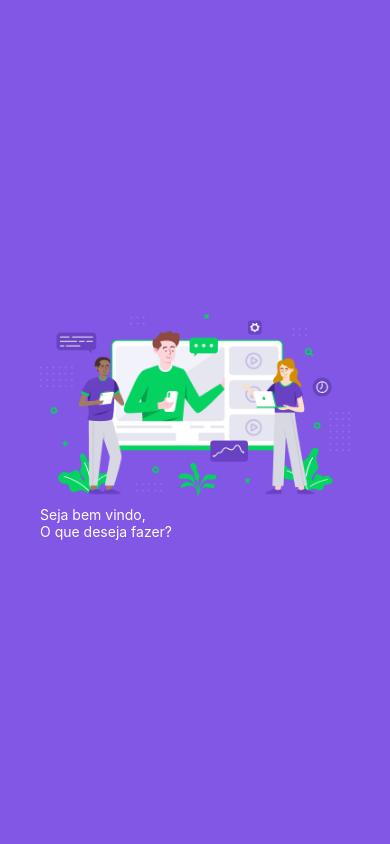
Repository: R4YC0NLima/Proffy_nlw
Screen: / (app in proffy_mobile/)
An editor plug-in stored every save of this project. The screen is shown before and after a run of saves, followed by the edit.
The app was drawn by React Native's web renderer in a window 390 px wide. The project was rebuilt for these pictures with package versions that can differ from the ones it lists, and the page was loaded fresh each time.

Above is the screen before, as saved 2020-08-12 08:41:07.

### proffy_mobile/App.tsx
import React from 'react';
import {StatusBar} from 'react-native';
import Landing from './src/pages/Landing';

export default function App() {
  return (
    <>
      <Landing />
      <StatusBar style="status" />
    </>
  );
}

### proffy_mobile/src/pages/Landing/index.tsx
import React from 'react';
import {View, Image, Text} from 'react-native';

import styles from './styles.ts';

import landingImg from '../../assets/images/landing.png';

function Landing() {
  return (
    <View style={styles.container}>
      <Image source={landingImg} style={styles.banner} />
      <Text style={styles.title}>
        Seja bem vindo, {'\n'}
        <Text style={styles.titleBold}>O que deseja fazer?</Text>
      </Text>
    </View>
  );
}

export default Landing;

### proffy_mobile/src/pages/Landing/styles.ts
import {StyleSheet} from 'react-native';

const styles = StyleSheet.create({
  container: {
    flex: 1,
    backgroundColor: '#8257E5',
    justifyContent: 'center',
    padding: 40,
  },
  banner: {
    width: '100%',
    resizeMode: 'contain',
  },
  title: {
    color: '#FFF'
  },
//   titleBold: {

//   }
});

export default styles;

After the next 4 saves:
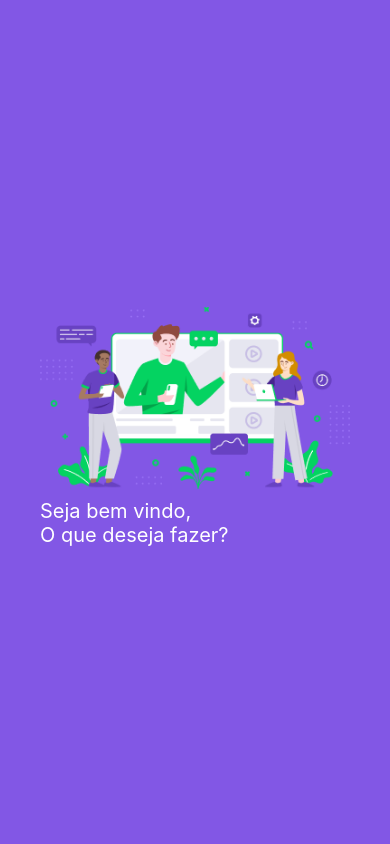
The 4 saves are shown as one change because they came seconds apart.
The last was saved 16 s later.
--- a/proffy_mobile/src/pages/Landing/styles.ts
+++ b/proffy_mobile/src/pages/Landing/styles.ts
@@ -12,8 +12,11 @@ const styles = StyleSheet.create({
     resizeMode: 'contain',
   },
   title: {
-    color: '#FFF'
+    color: '#FFF',
+    fontSize: 20,
+
   },
+
 //   titleBold: {
 
 //   }
